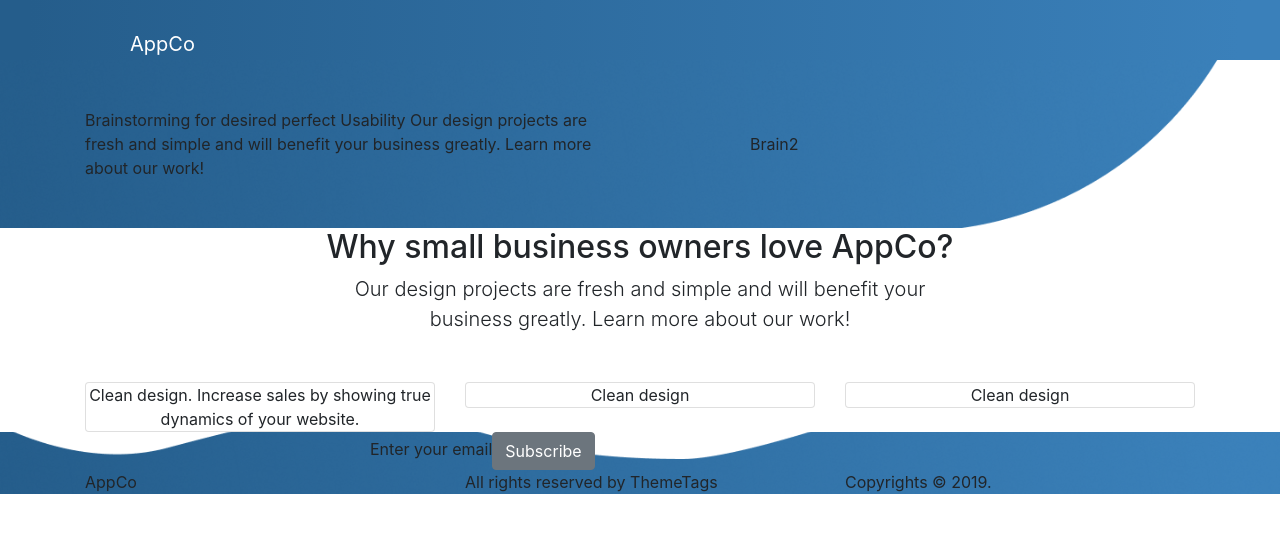
Repository: andbilous/user-statistics-app
Page: /
These files come from the project's save history. The page is drawn as it stood at one moment and after a run of saves; the edit follows.
The browser window is 1280 px wide. The pictures show the whole page.
The project was rebuilt for these pictures with package versions that can differ from the ones it lists, and the page was loaded fresh each time. Also part of the build but not shown: src/components/reasons/reasons.scss.

Above is the page before, as saved 2020-06-19 15:15:54.

### src/App.js
import React from 'react';
import Main from './pages/Main';
import './App.scss';

function App() {
  return (
    <div className="App">
      <Main/>
    </div>
  );
}

export default App;

### src/pages/Main.jsx
import React from "react";
import Header from "../components/Header";
import Brainstorming from "../components/brainstorming";
import Reasons from "../components/reasons";
import Footer from '../components/footer';

const Main = () => {
  return (
    <>
      <Header />
      <Brainstorming />
      <Reasons />
      <Footer />
    </>
  );
};

export default Main;

### src/App.scss
body {
  font-family: Montserrat;
  font-style: normal;
  font-weight: normal;
}
img {
  position: relative;
  display: block;
  width: 100%;
}

### src/components/Header/index.js
import React from 'react';
import './header.scss';
import { Container, Row, Col } from 'reactstrap';


const Header = () => {
    return (
      <header className='header bg-image'>
      <Container>
          <div className='navbar-brand'>
          AppCo
            </div>
      </Container>
      </header>
    )
};

export default Header;

### src/components/brainstorming/index.js
import React from 'react';
import { Container, Row, Col } from 'reactstrap';
import'./brainstorming.scss';


const Brainstorming = () => {
    return (
      <section className='brainstorming pt-100 bg-image'>
      <Container>
          <Row className="row align-items-center justify-content-between py-5">
            <Col className="col-md-7 col-lg-6">
              Brainstorming for desired perfect Usability
              Our design projects are fresh and simple and will benefit your business greatly. Learn more about our work!
              </Col>
            <Col className="col-md-5 col-lg-5">Brain2</Col>
          </Row>
      </Container>
      </section>
    )
};

export default Brainstorming;

### src/components/reasons/index.js
import React from 'react';
import './reasons.scss';
import { Container, Row, Col,Card } from 'reactstrap';


const Reasons = () => {
    return (
      <section className='reasons'>
      <Container>
          <Row className="justify-content-center">
          <Col className="col-lg-7 col-md-8">
            <div className='section-heading text-center mb-5'>
              <h2>Why small business owners love AppCo?</h2>
              <p className='lead'>
              Our design projects are fresh and simple and will benefit your business greatly. Learn more about our work!
              </p>
            </div>
          </Col>
          </Row>
          <Row className="justify-content-center">
            <Col className='col-lg-4 col-md'>
              <Card className='text-center'>
                Clean design.
                Increase sales by showing true dynamics of your website.
              </Card>
            </Col>
            <Col className='col-lg-4 col-md'>
            <Card className='text-center'>
                Clean design
              </Card>
            </Col>
            <Col className='col-lg-4 col-md'>
            <Card className='text-center'>
                Clean design
              </Card>
            </Col>
          </Row>

      </Container>
      </section>
    )
};

export default Reasons;

### src/components/footer/index.js
import React from 'react';
import { Container, Row, Col,Button } from 'reactstrap';
import'./footer.scss';


const Footer = () => {
    return (
      <footer className='footer'>
        <Container>
          <Row className='justify-content-center'>
            <Col md='6'>
              <div>
                Enter your email
                <Button>Subscribe</Button>
              </div>
            </Col>
          </Row>
          <Row className='justify-content-between'>
            <Col className='col-md' lg='4'>
            AppCo
            </Col>
            <Col className='col-md' lg='4'>
            All rights reserved by ThemeTags
              </Col>
              <Col className='col-md' lg='4'>
              Copyrights © 2019.
              </Col>
          </Row>
        </Container>
      </footer>
    )
};

export default Footer;

### src/components/Header/header.scss
.header{
  width: 100%;
  height: 60px;
  background: linear-gradient(92.09deg, #255D8B 2.29%, #3A80BA 96.79%);
}

.navbar-brand {
  color: #fff;
  font-size: 40px;
  line-height: 49px;
  position: absolute;
  width: 136px;
  height: 49px;
  left: 130px;
  top: 24px;
}

### src/components/brainstorming/brainstorming.scss
.brainstorming{
  background-image: url(../../img/bg.png);
  background-repeat: no-repeat;
  background-position: center center;
  background-size: cover;
}

.bg-image{
  position: relative;
  width: 100%;
  display: block;
}

### src/components/footer/footer.scss
.footer{
  background-image: url(../../img/footer-bg.png);
  background-repeat: no-repeat;
  background-position: center center;
  background-size: cover;
}

Loaded but not shown: public/index.html (common file); src/index.js (common file); src/serviceWorker.js (common file)

After the next 2 saves:
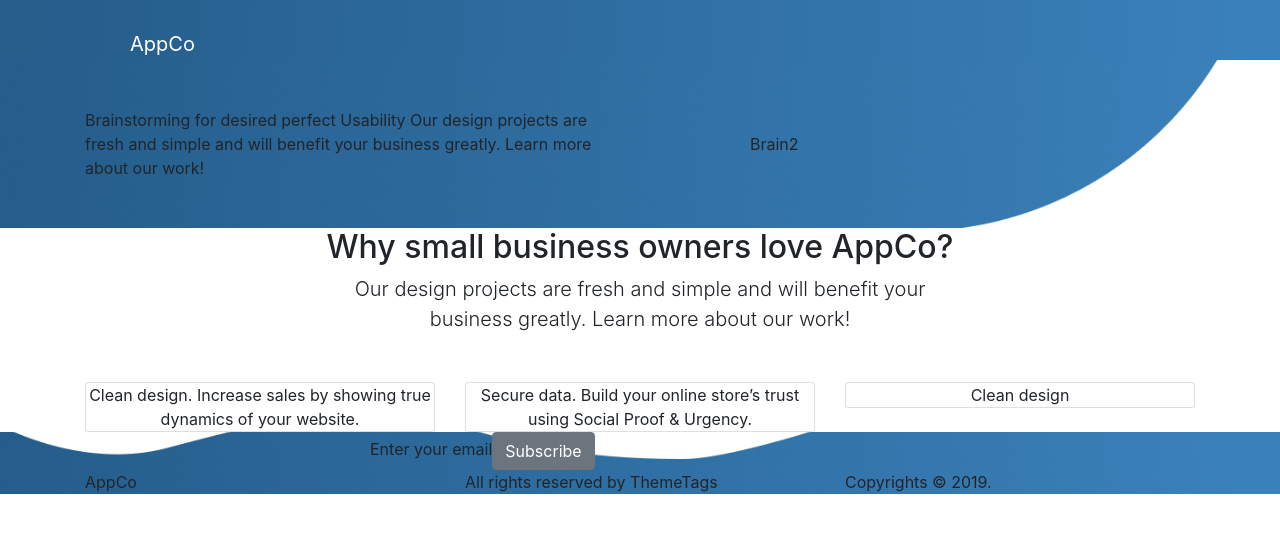
The 2 saves are shown as one change because they came seconds apart.
The last was saved 13 s later.
--- a/src/components/reasons/index.js
+++ b/src/components/reasons/index.js
@@ -26,7 +26,8 @@ const Reasons = () => {
             </Col>
             <Col className='col-lg-4 col-md'>
             <Card className='text-center'>
-                Clean design
+                Secure data.
+                Build your online store’s trust using Social Proof & Urgency.
               </Card>
             </Col>
             <Col className='col-lg-4 col-md'>
